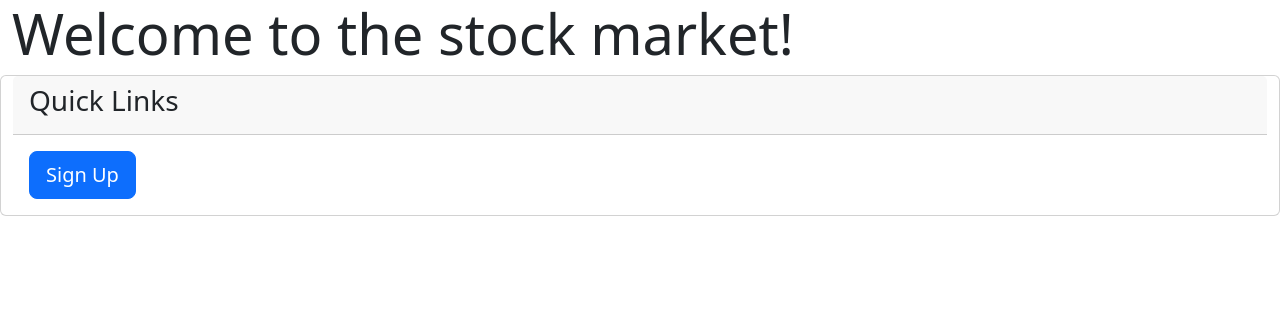
Repository: abdelbaset99/StockMarket
Page: / (app in stockmarket/)
The author's editor kept a copy of each file at every save. The page is drawn from the files as they stood at one save, then again after the next save.
The browser window is 1280 px wide. The pictures show the whole page.
The project was rebuilt for these pictures with package versions that can differ from the ones it lists, and the page was loaded fresh each time. Also part of the build but not shown: stockmarket/angular.json, stockmarket/src/app/orders/orders.component.ts, stockmarket/src/app/order.service.ts, stockmarket/src/app/stocks/stocks.component.ts, stockmarket/src/app/stock.service.ts.

Above is the page before, as saved 2023-07-13 12:46:16.

### stockmarket/src/index.html
<!doctype html>
<html lang="en">
<head>
  <meta charset="utf-8">
  <title>Stockmarket</title>
  <base href="/">
  <meta name="viewport" content="width=device-width, initial-scale=1">
  <link rel="icon" type="image/x-icon" href="favicon.ico">
</head>
<body>
  <app-root></app-root>
</body>
</html>

### stockmarket/src/app/app.module.ts
import { NgModule } from '@angular/core';
import { BrowserModule } from '@angular/platform-browser';
import { AppRoutingModule } from './app-routing.module';
import { AppComponent } from './app.component';
import { HttpClientModule } from '@angular/common/http';
import { OrdersComponent } from './orders/orders.component';
import { StocksComponent } from './stocks/stocks.component';
import { FormsModule } from '@angular/forms';
import { HomeComponent } from './home/home.component';
// import { SocketsService } from './sockets.service';
// import { HubConnection } from '@microsoft/signalr/dist/esm/HubConnection';
import { HubConnection } from '@microsoft/signalr';
import { createHubConnection } from './hub-connection.factory';


@NgModule({
  declarations: [
    AppComponent,
    OrdersComponent,
    StocksComponent,
    HomeComponent
  ],
  imports: [
    BrowserModule,
    AppRoutingModule,
    HttpClientModule,
    FormsModule
  ],
  providers: [{ provide: HubConnection, useFactory: createHubConnection }],
  bootstrap: [AppComponent]
})
export class AppModule { }

### stockmarket/src/app/app-routing.module.ts
import { NgModule } from '@angular/core';
import { RouterModule, Routes } from '@angular/router';
import { OrdersComponent } from './orders/orders.component';
import { StocksComponent } from './stocks/stocks.component';
import { HomeComponent } from './home/home.component';

const routes: Routes = [
  { path: '', component: HomeComponent },
  { path: 'orders', component: OrdersComponent },
  { path: 'stocks', component: StocksComponent },
];

@NgModule({
  imports: [RouterModule.forRoot(routes)],
  exports: [RouterModule]
})
export class AppRoutingModule {}

### stockmarket/src/app/app.component.ts
import { Component } from '@angular/core';
// import { SocketsService } from './sockets.service';
// import { Observable, Subscription } from 'rxjs';
// import { HttpClient} from '@angular/common/http';

@Component({
  selector: 'app-root',
  templateUrl: './app.component.html',
  styleUrls: ['./app.component.css'],
})
export class AppComponent {
  title = 'stocks';
  // stocks: any[] = [];
  // sub: Subscription = new Subscription();

  // constructor(private http: HttpClient) {}
  constructor() {

  }

  ngOnInit() {
    // this.getStocksData();
    // this.http.get<any[]>(`http://localhost:5000/`).subscribe(
    //   (stocks) => {
    //     this.stocks = stocks;
    //   },
    //   (err) => {
    //     console.log(err);
    //   }
    // );
  }

  // getStocksData(): void {
  //   this.sub = this.socketService.getStocks().subscribe((stocks) => {
  //     this.stocks = stocks;
  //   });
  // }

}

### stockmarket/src/app/home/home.component.ts
import { Component } from '@angular/core';
import { Router } from '@angular/router';
import { User } from '../user';
import { NgForm } from '@angular/forms';
@Component({
  selector: 'app-home',
  templateUrl: './home.component.html',
  styleUrls: ['./home.component.css'],
})
export class HomeComponent {
  newUser: User = {} as User;
  newUserName: string = '';
  newPassword: string = '';
  newEmail: string = '';

  user: User = {} as User;
  userName: string = '';
  password: string = '';
  email: string = '';

  constructor() {}

  onSignUpSubmit(form: NgForm) {
    this.newUser.userName = this.newUserName;
    this.newUser.password = this.newPassword;
    this.newUser.email = this.newEmail;
    console.log(this.newUser);
  }
  onSignInSubmit(form: NgForm) {
    this.user.userName = this.userName;
    this.user.password = this.password;
    this.user.email = this.email;
    console.log(this.user);
  }
}

### stockmarket/src/app/hub-connection.factory.ts
import { HubConnection, HubConnectionBuilder } from '@microsoft/signalr';

export function createHubConnection(): HubConnection {
  const builder = new HubConnectionBuilder();
  const connection = builder.withUrl('http://localhost:5089/stockhub').build();
  return connection;
}

### stockmarket/src/app/home/home.component.html
<!DOCTYPE html>
<html lang="en">

<head>
  <meta charset="UTF-8">
  <meta name="viewport" content="width=device-width, initial-scale=1.0">
  <title>Document</title>
</head>

<body>
  <div class="container-fluid">
    <div class="row">
      <div class="col-md-8">
        <h1 class="display-4">Welcome to the stock market!</h1>
      </div>
      <div class="card">
        <div class="card-header">
          <h3>Quick Links</h3>
        </div>
        <div class="card-body">
          <!-- <a class="btn btn-primary btn-lg btn-block" routerLink="/stocks">View Stocks</a>
            <a class="btn btn-secondary btn-lg btn-block" routerLink="/orders">View Orders</a> -->
          <a class="btn btn-primary btn-lg btn-block" (click)="signUp.showModal()">Sign Up</a>
        </div>
      </div>
    </div>
  </div>

  <dialog class="dialog-style" #signUp>
    <div class="modal-content">
      <div class="modal-header">
        <h5 class="modal-title">Sign Up</h5>
        <button type="button" class="close" (click)="signUp.close()">
          <span aria-hidden="true">&times;</span>
        </button>
      </div>
      <div class="modal-body">
        <form (ngSubmit)="onSignUpSubmit(myForm)" #myForm="ngForm" method="post">
          <div class="form-group">
            <label class="label-style" for="newUserName">User Name</label>
            <input type="text" id="newUserName" name="newUserName" placeholder="Enter your username: " [(ngModel)]="newUserName" required
              class="form-control">
          </div>
          <div class="form-group">
            <label class="label-style" for="newPassword">Password</label>
            <input type="password" id="newPassword" name="newPassword" placeholder="Enter your password: " [(ngModel)]="newPassword" required
              class="form-control">
          </div>
          <div class="form-group">
            <label class="label-style" for="newEmail">Email</label>
            <input type="email" id="newEmail" name="newEmail" placeholder="Enter your email: " [(ngModel)]="newEmail" required class="form-control">
          </div>
          <br>
          <button class="btn btn-primary btn-block" type="submit" (click)="signUp.close()">Sign Up</button>
        </form>
      </div>
    </div>
  </dialog>

  <dialog class="dialog-style" #signIn>
    <div class="modal-content">
      <div class="modal-header">
        <h5 class="modal-title">Sign In</h5>
        <button type="button" class="close" (click)="signIn.close()">
          <span aria-hidden="true">&times;</span>
        </button>
      </div>
      <div class="modal-body">
        <form (ngSubmit)="onSignInSubmit(myForm)" #myForm="ngForm" method="post">
          <div class="form-group">
            <label class="label-style" for="userName">User Name</label>
            <input type="text" id="userName" name="userName" placeholder="Enter your username: "
              [(ngModel)]="newUserName" required class="form-control">
          </div>
          <div class="form-group">
            <label class="label-style" for="password">Password</label>
            <input type="password" id="password" name="password" placeholder="Enter your password: "
              [(ngModel)]="newPassword" required class="form-control">
          </div>
          <div class="form-group">
            <label class="label-style" for="email">Email</label>
            <input type="email" id="email" name="email" placeholder="Enter your email: " [(ngModel)]="email"
              required class="form-control">
          </div>
          <br>
          <button class="btn btn-primary btn-block" type="submit" (click)="signIn.close()">Sign In</button>
        </form>
      </div>
    </div>
  </dialog>


</body>

</html>

Loaded but not shown: stockmarket/src/styles.css (common file); stockmarket/src/main.ts (common file); stockmarket/src/app/app.component.html (common file); stockmarket/src/app/app.component.css (no stored copy; drawn as an empty file); stockmarket/src/app/home/home.component.css (no stored copy; drawn as an empty file)

After the next save:
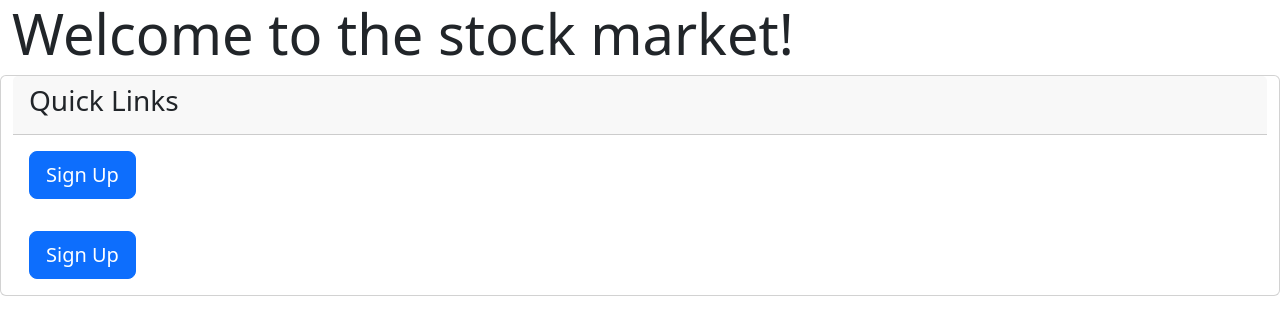
Saved 52 s later.
--- a/stockmarket/src/app/home/home.component.html
+++ b/stockmarket/src/app/home/home.component.html
@@ -20,6 +20,11 @@
         <div class="card-body">
           <!-- <a class="btn btn-primary btn-lg btn-block" routerLink="/stocks">View Stocks</a>
             <a class="btn btn-secondary btn-lg btn-block" routerLink="/orders">View Orders</a> -->
+          <a class="btn btn-primary btn-lg btn-block" (click)="signUp.showModal()">Sign Up</a>
+        </div>
+        <div class="card-body">
+          <!-- <a class="btn btn-primary btn-lg btn-block" routerLink="/stocks">View Stocks</a>
+                    <a class="btn btn-secondary btn-lg btn-block" routerLink="/orders">View Orders</a> -->
           <a class="btn btn-primary btn-lg btn-block" (click)="signUp.showModal()">Sign Up</a>
         </div>
       </div>
